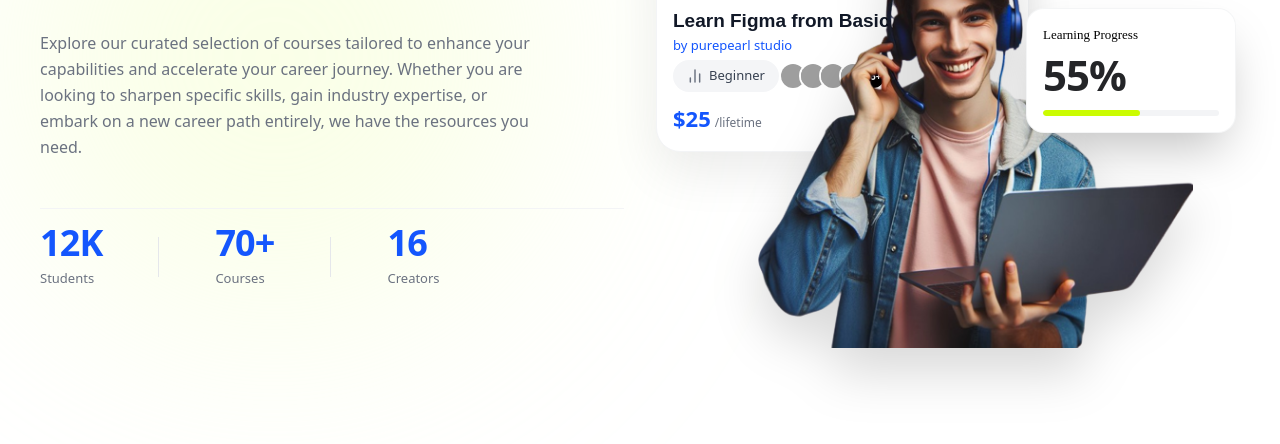
Repository: mdkawsarjomadder/bytespace
Page: /
The author's editor kept a copy of each file at every save. The page is drawn from the files as they stood at one save, then again after the next save.
The browser window is 1280 px wide. The pictures show the part of the page from y = 3475 to 4055 px (the page is 3919 px tall before and 4631 px after).
Pictures or frames that could not be fetched are drawn as grey boxes. Some web fonts or font styles are not loaded; a fallback is used. The project was rebuilt for these pictures with package versions that can differ from the ones it lists, and the page was loaded fresh each time. Also part of the build but not shown: vite.config.js.

Above is the page before, as saved 2026-09-30 00:14:54.

After the next save:
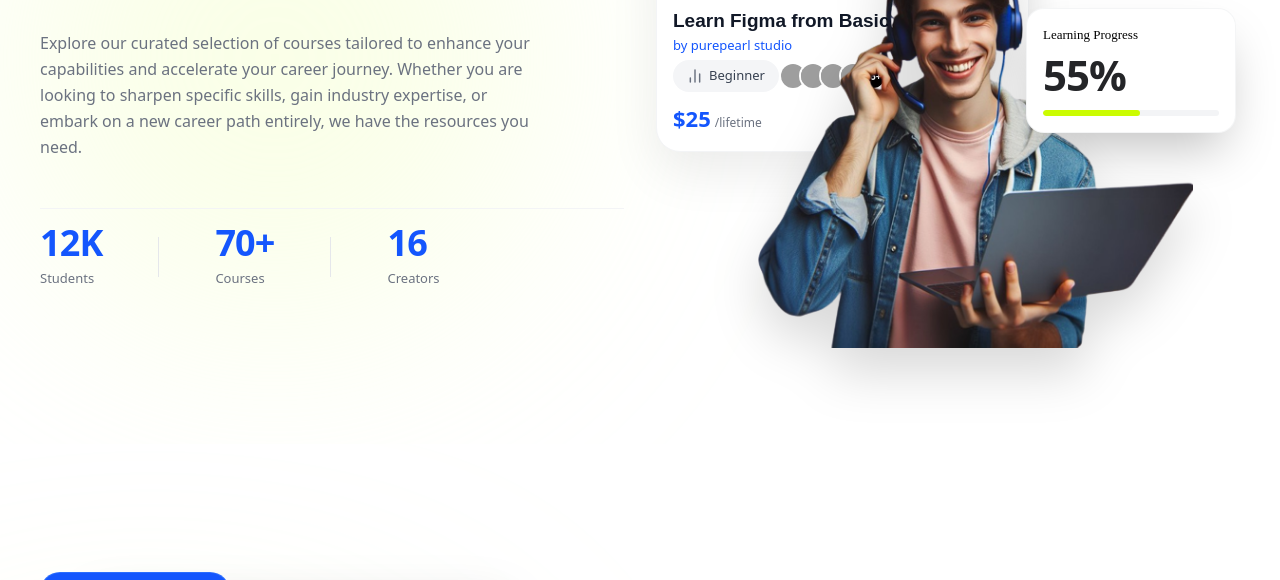
Saved 18 s later.
--- a/src/App.jsx
+++ b/src/App.jsx
@@ -5,6 +5,7 @@ import CategoryPills from './components/CategoryPills';
 import CourseGrid from './components/CourseGrid';
 import LearningPaths from './components/LearningPaths';
 import GrowthStats from './components/GrowthStats';
+import CreatorCTA from './components/CreatorCTA';
 
 function App() {
   return (
@@ -15,6 +16,7 @@ function App() {
       < CourseGrid/>
       < LearningPaths/>
       < GrowthStats/>
+      < CreatorCTA/>
     </div>
   );
 }
